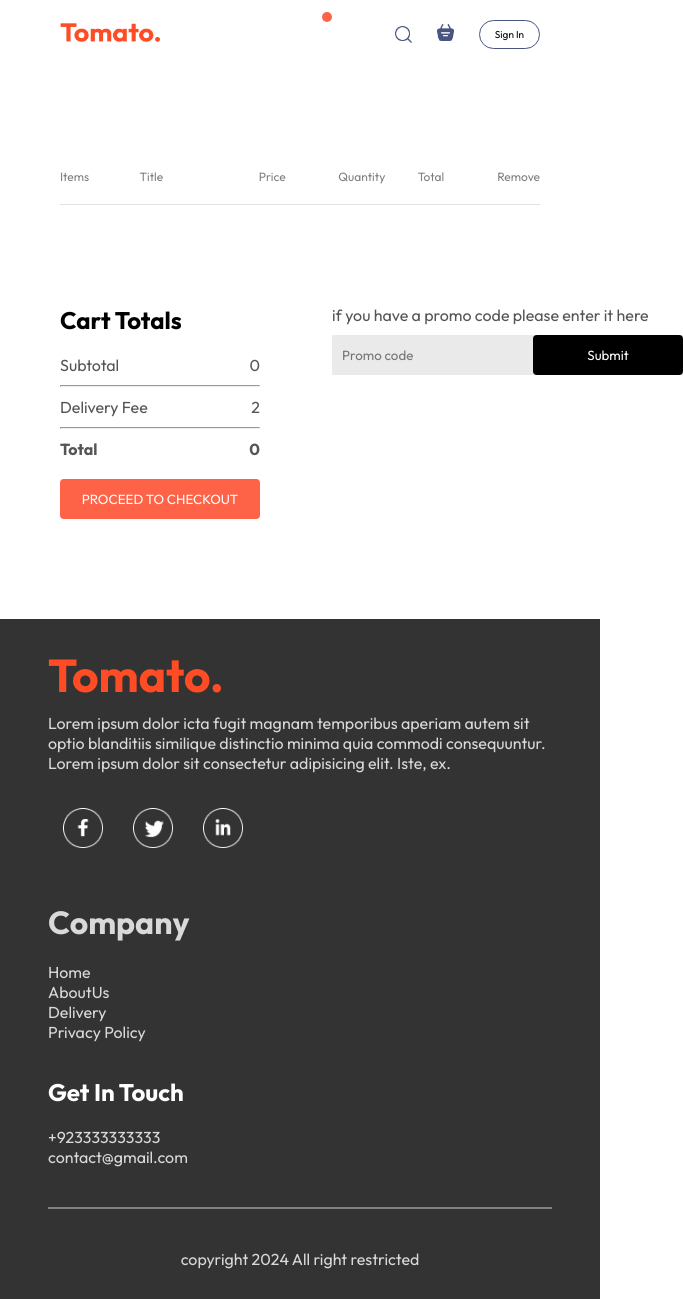
Repository: Attar786/Food-ordering-app
Page: /cart (app in frontend/)
An editor plug-in stored every save of this project. The page is shown before and after the next save, followed by the edit.
The browser window is 600 px wide. The page is 683 px wide, then 600 px, so the pictures cover 683 px, including what lies to the right of the window. The pictures show the whole page.
The project was rebuilt for these pictures with package versions that can differ from the ones it lists, and the page was loaded fresh each time. Also part of the build but not shown: frontend/vite.config.js, frontend/src/components/Header/Header.css, frontend/src/components/Header/Header.jsx, frontend/src/components/ExploreMenu/ExploreMenu.css, frontend/src/components/ExploreMenu/ExploreMenu.jsx, frontend/src/components/FoodDisplay/FoodDisplay.css, frontend/src/components/FoodItem/FoodItem.css, frontend/src/components/FoodItem/FoodItem.jsx and 8 more.

Above is the page before, as saved 2024-07-30 16:56:11.

### frontend/src/main.jsx
import ReactDOM from 'react-dom/client'
import App from './App.jsx'
import './index.css'
import {BrowserRouter} from 'react-router-dom'
import StoreContextProvider from './context/StoreContext.jsx'
ReactDOM.createRoot(document.getElementById('root')).render(
<BrowserRouter>

<StoreContextProvider>
<App />
</StoreContextProvider>

    </BrowserRouter>
)

### frontend/src/App.jsx
import './index.css'
import Navbar from "./components/Navbar/Navbar"
import Home from './pages/Home/Home'
import Cart from './pages/Cart/Cart'
import PlaceOrder from './pages/PlaceOrder/PlaceOrder'
import { Route, Routes } from 'react-router-dom'
import Footer from './components/Footer/Footer'

import LoginPopup from './components/LoginPopup/LoginPopup'
import { useState } from 'react'
function App() {
  const [showLogin, setShowLogin] = useState(false);

  return (
    <>
  {showLogin?<LoginPopup setShowLogin={setShowLogin}/>:<></>}
  <div className='app'>
  <Navbar setShowLogin = {setShowLogin} />
<Routes>
<Route path='/' element={<Home/>}/>
<Route path='/cart' element={<Cart/>}/>
<Route path='/order' element={<PlaceOrder/>}/>
</Routes>
  </div>
  <Footer/>
    </>
  )
}

export default App

### frontend/src/index.css
@import url('https://fonts.googleapis.com/css2?family=Outfit:wght@100..900&display=swap');


*{
margin: 0;
padding: 0;
 box-sizing: border-box;
 font-family: outfit;
 scroll-behavior: smooth;
}
body{
height: 100vh;
}
a{
text-decoration: none;
color : inherit;
}
.app{
    width: 80%;
    margin: auto;
}
@keyframes fadeIn{
    0%{
        opacity: 0;
    }
    100%{
        opacity: 1;
    }
}

### frontend/src/context/StoreContext.jsx
import './StoreContext.css';
import { createContext, useEffect, useState } from 'react';
import { food_list } from '../assets/assets'; // Ensure this path is correct and food_list is correctly exported

export const StoreContext = createContext(null);

const StoreContextProvider = (props) => {
  const [cartItems, setCartItems] = useState({});

  const addToCart = (itemId) => {
    if (!cartItems[itemId]) {
      setCartItems((prev) => ({ ...prev, [itemId]: 1 }));
    } else {
      setCartItems((prev) => ({ ...prev, [itemId]: prev[itemId] + 1 }));
    }
  };

  const removeFromCart = (itemId) => {
    setCartItems((prev) => {
      const newCount = prev[itemId] - 1;
      if (newCount <= 0) {
        const { [itemId]: _, ...rest } = prev;
        return rest;
      } else {
        return { ...prev, [itemId]: newCount };
      }
    });
  };

  useEffect(() => {
    console.log(cartItems);
  }, [cartItems]);

  const contextValue = {
    food_list,
    cartItems,
    setCartItems,
    addToCart,
    removeFromCart,
  };

  return (
    <StoreContext.Provider value={contextValue}>
      {props.children}
    </StoreContext.Provider>
  );
};

export default StoreContextProvider;

### frontend/src/components/Navbar/Navbar.jsx
import { useState } from 'react';
import './Navbar.css';
import { assets } from '../../assets/assets';
import { Link } from 'react-router-dom'
const Navbar = ({setShowLogin}) => {
  const [menu, setMenu] = useState("home");

  const handleMenuClick = (menuItem) => {
    setMenu(menuItem);
  };

  return (
<>
<div className="navbar">
    <Link to='/'> <img src={assets.logo} alt="Logo" className="logo" /></Link>
      <ul className="navbar-menu">
        <Link to='/' onClick={() => handleMenuClick("home")} className={menu === "home" ? "active" : ""}>Home</Link>
        <a href='#explore-menu' onClick={() => handleMenuClick("menu")} className={menu === "menu" ? "active" : ""}>Menu</a>
        <a href='#app-download' onClick={() => handleMenuClick("mobile-app")} className={menu === "mobile-app" ? "active" : ""}>Mobile App</a>
        <a href='#footer' onClick={() => handleMenuClick("contact-us")} className={menu === "contact-us" ? "active" : ""}>Contact Us</a>
      </ul>
      <div className="navbar-right">
        <img src={assets.search_icon} alt="search-icon" />
        <div>
         <Link to='/cart'> <img src={assets.basket_icon} alt="icons" /></Link>
          <div className="dot"></div>
        </div>
        <button onClick={()=>setShowLogin(true)} >Sign In</button>

      </div>

    </div>

</>
  );
}


export default Navbar;

### frontend/src/pages/Cart/Cart.jsx
import { useContext } from "react";
import "./Cart.css";
import { StoreContext } from "../../context/StoreContext";
const Cart = () => {
  const { cartItems, food_list, removeFromCart } = useContext(StoreContext);
  return (
    <>
      <div className="Cart">
        <div className="cart-items">
          <div className=" cart-items-title">
            <p>Items</p>
            <p>Title</p>
            <p>Price</p>
            <p>Quantity</p>
            <p>Total</p>
            <p>Remove</p>
          </div>
          <br />
          <hr />
          {food_list.map((item, index) => {
            if (cartItems[item._id]) {
              return (
                <>
                  <div key={index} className="cart-items-title cart-item-item">
                    <img src={item.image} alt="" />
                    <p>{item.name}</p>
                    <p>Pkr={item.price}</p>
                    <p>{cartItems[item._id]}</p>
                    <p>{item.price * cartItems[item._id]}</p>
                    <p
                      onClick={() => removeFromCart(item._id)}
                      className="cross"
                    >
                      X
                    </p>
                  </div>
                  <hr />
                </>
              );
            }
          })}
        </div>
      </div>
      <div className="cart-bottom">
          <div className="cart-total">
            <h2>Cart Totals</h2>

          <div>
            <div className="cart-total-details">
              <p>Subtotal</p>
              <p>{0}</p>
            </div>
            <hr />
            <div className="cart-total-details">
              <p>Delivery Fee</p>
              <p>{2}</p>
            </div>
            <hr />
            <div className="cart-total-details">
              <b>Total</b>
              <b>{0}</b>
            </div>
          </div>
          <button>PROCEED TO CHECKOUT</button>
          </div>

          <div className="cart-promocode">
            <div>
              <p>if you have a promo code please enter it here</p>
              <div className="cart-promocode-input">
                <input type="text" placeholder="Promo code" />
                <button>Submit</button>
              </div>
            </div>
          </div>
        </div>
    </>
  );
};

export default Cart;

### frontend/src/components/Footer/Footer.jsx
import "./Footer.css"
import { assets } from "../../assets/assets"
const Footer = () => {
  return (
    <div className="footer" id="footer">
<div className="footer-content">
    <div className="footer-content-left">
        <img src={assets.logo} alt="fsf" />
    <p>  Lorem ipsum dolor icta fugit magnam temporibus aperiam autem sit optio blanditiis similique distinctio minima quia commodi consequuntur. Lorem ipsum dolor sit consectetur adipisicing elit. Iste, ex.</p>
    <div className="footer-social-icons">
        <img src={assets.facebook_icon} alt="" />
        <img src={assets.twitter_icon} alt="" />
        <img src={assets.linkedin_icon} alt="" />
    </div>

    </div>
    <div className="footer-content-center">
    <h1>Company</h1>
        <ul>
        <li>Home</li>
        <li>AboutUs</li>
        <li>Delivery</li>
        <li>Privacy Policy</li>
        </ul>
    </div>
    <div className="footer-content-right">
        <h2>Get In Touch</h2>
        <ul>
            <li>
                +923333333333
            </li>
            <li>
                contact@gmail.com
            </li>
        </ul>
    </div>
</div>
<hr/>
<p className="footer-copyright">
copyright 2024 All right restricted
</p>

    </div>
  )
}

export default Footer

### frontend/src/assets/assets.js
import basket_icon from './basket_icon.png'
import logo from './logo.png'
import header_img from './header_img.png'
import search_icon from './search_icon.png'
import menu_1 from './menu_1.png'
import menu_2 from './menu_2.png'
import menu_3 from './menu_3.png'
import menu_4 from './menu_4.png'
import menu_5 from './menu_5.png'
import menu_6 from './menu_6.png'
import menu_7 from './menu_7.png'
import menu_8 from './menu_8.png'

import food_1 from './food_1.png'
import food_2 from './food_2.png'
import food_3 from './food_3.png'
import food_4 from './food_4.png'
import food_5 from './food_5.png'
import food_6 from './food_6.png'
import food_7 from './food_7.png'
import food_8 from './food_8.png'
import food_9 from './food_9.png'
import food_10 from './food_10.png'
import food_11 from './food_11.png'
import food_12 from './food_12.png'
import food_13 from './food_13.png'
import food_14 from './food_14.png'
import food_15 from './food_15.png'
import food_16 from './food_16.png'
import food_17 from './food_17.png'
import food_18 from './food_18.png'
import food_19 from './food_19.png'
import food_20 from './food_20.png'
import food_21 from './food_21.png'
import food_22 from './food_22.png'
import food_23 from './food_23.png'
import food_24 from './food_24.png'
import food_25 from './food_25.png'
import food_26 from './food_26.png'
import food_27 from './food_27.png'
import food_28 from './food_28.png'
import food_29 from './food_29.png'
import food_30 from './food_30.png'
import food_31 from './food_31.png'
import food_32 from './food_32.png'

import add_icon_white from './add_icon_white.png'
import add_icon_green from './add_icon_green.png'
import remove_icon_red from './remove_icon_red.png'
import app_store from './app_store.png'
import play_store from './play_store.png'
import linkedin_icon from './linkedin_icon.png'
import facebook_icon from './facebook_icon.png'
import twitter_icon from './twitter_icon.png'
import cross_icon from './cross_icon.png'
import selector_icon from './selector_icon.png'
import rating_starts from './rating_starts.png'
import profile_icon from './profile_icon.png'
import bag_icon from './bag_icon.png'
import logout_icon from './logout_icon.png'
import parcel_icon from './parcel_icon.png'

export const assets = {
    logo,
    basket_icon,
    header_img,
    search_icon,
    rating_starts,
    add_icon_green,
    add_icon_white,
    remove_icon_red,
    app_store,
    play_store,
    linkedin_icon,
    facebook_icon,
    twitter_icon,
    cross_icon,
    selector_icon,
    profile_icon,
    logout_icon,
    bag_icon,
    parcel_icon
}

export const menu_list = [
    {
        menu_name: "Salad",
        menu_image: menu_1
    },
    {
        menu_name: "Rolls",
        menu_image: menu_2
    },
    {
        menu_name: "Deserts",
        menu_image: menu_3
    },
    {
        menu_name: "Sandwich",
        menu_image: menu_4
    },
    {
        menu_name: "Cake",
        menu_image: menu_5
    },
    {
        menu_name: "Pure Veg",
        menu_image: menu_6
    },
    {
        menu_name: "Pasta",
        menu_image: menu_7
    },
    {
        menu_name: "Noodles",
        menu_image: menu_8
    }]

export const food_list = [
    {
        _id: "1",
        name: "Greek salad",
        image: food_1,
        price: 12,
        description: "Food provides essential nutrients for overall health and well-being",
        category: "Salad"
    },
    {
        _id: "2",
        name: "Veg salad",
        image: food_2,
        price: 18,
        description: "Food provides essential nutrients for overall health and well-being",
        category: "Salad"
    }, {
        _id: "3",
        name: "Clover Salad",
        image: food_3,
        price: 16,
        description: "Food provides essential nutrients for overall health and well-being",
        category: "Salad"
    }, {
        _id: "4",
        name: "Chicken Salad",
        image: food_4,
        price: 24,
        description: "Food provides essential nutrients for overall health and well-being",
        category: "Salad"
    }, {
        _id: "5",
        name: "Lasagna Rolls",
        image: food_5,
        price: 14,
        description: "Food provides essential nutrients for overall health and well-being",
        category: "Rolls"
    }, {
        _id: "6",
        name: "Peri Peri Rolls",
        image: food_6,
        price: 12,
        description: "Food provides essential nutrients for overall health and well-being",
        category: "Rolls"
    }, {
        _id: "7",
        name: "Chicken Rolls",
        image: food_7,
        price: 20,
        description: "Food provides essential nutrients for overall health and well-being",
        category: "Rolls"
    }, {
        _id: "8",
        name: "Veg Rolls",
        image: food_8,
        price: 15,
        description: "Food provides essential nutrients for overall health and well-being",
        category: "Rolls"
    }, {
        _id: "9",
        name: "Ripple Ice Cream",
        image: food_9,
        price: 14,
        description: "Food provides essential nutrients for overall health and well-being",
        category: "Deserts"
    }, {
        _id: "10",
        name: "Fruit Ice Cream",
        image: food_10,
        price: 22,
        description: "Food provides essential nutrients for overall health and well-being",
        category: "Deserts"
    }, {
        _id: "11",
        name: "Jar Ice Cream",
        image: food_11,
        price: 10,
        description: "Food provides essential nutrients for overall health and well-being",
        category: "Deserts"
    }, {
        _id: "12",
        name: "Vanilla Ice Cream",
        image: food_12,
        price: 12,
        description: "Food provides essential nutrients for overall health and well-being",
        category: "Deserts"
    },
    {
        _id: "13",
        name: "Chicken Sandwich",
        image: food_13,
        price: 12,
        description: "Food provides essential nutrients for overall health and well-being",
        category: "Sandwich"
    },
    {
        _id: "14",
        name: "Vegan Sandwich",
        image: food_14,
        price: 18,
        description: "Food provides essential nutrients for overall health and well-being",
        category: "Sandwich"
    }, {
        _id: "15",
        name: "Grilled Sandwich",
        image: food_15,
        price: 16,
        description: "Food provides essential nutrients for overall health and well-being",
        category: "Sandwich"
    }, {
        _id: "16",
        name: "Bread Sandwich",
        image: food_16,
        price: 24,
        description: "Food provides essential nutrients for overall health and well-being",
        category: "Sandwich"
    }, {
        _id: "17",
        name: "Cup Cake",
        image: food_17,
        price: 14,
        description: "Food provides essential nutrients for overall health and well-being",
        category: "Cake"
    }, {
        _id: "18",
        name: "Vegan Cake",
        image: food_18,
        price: 12,
        description: "Food provides essential nutrients for overall health and well-being",
        category: "Cake"
    }, {
        _id: "19",
        name: "Butterscotch Cake",
        image: food_19,
        price: 20,
        description: "Food provides essential nutrients for overall health and well-being",
        category: "Cake"
    }, {
        _id: "20",
        name: "Sliced Cake",
        image: food_20,
        price: 15,
        description: "Food provides essential nutrients for overall health and well-being",
        category: "Cake"
    }, {
        _id: "21",
        name: "Garlic Mushroom ",
        image: food_21,
        price: 14,
        description: "Food provides essential nutrients for overall health and well-being",
        category: "Pure Veg"
    }, {
        _id: "22",
        name: "Fried Cauliflower",
        image: food_22,
        price: 22,
        description: "Food provides essential nutrients for overall health and well-being",
        category: "Pure Veg"
    }, {
        _id: "23",
        name: "Mix Veg Pulao",
        image: food_23,
        price: 10,
        description: "Food provides essential nutrients for overall health and well-being",
        category: "Pure Veg"
    }, {
        _id: "24",
        name: "Rice Zucchini",
        image: food_24,
        price: 12,
        description: "Food provides essential nutrients for overall health and well-being",
        category: "Pure Veg"
    },
    {
        _id: "25",
        name: "Cheese Pasta",
        image: food_25,
        price: 12,
        description: "Food provides essential nutrients for overall health and well-being",
        category: "Pasta"
    },
    {
        _id: "26",
        name: "Tomato Pasta",
        image: food_26,
        price: 18,
        description: "Food provides essential nutrients for overall health and well-being",
        category: "Pasta"
    }, {
        _id: "27",
        name: "Creamy Pasta",
        image: food_27,
        price: 16,
        description: "Food provides essential nutrients for overall health and well-being",
        category: "Pasta"
    }, {
        _id: "28",
        name: "Chicken Pasta",
        image: food_28,
        price: 24,
        description: "Food provides essential nutrients for overall health and well-being",
        category: "Pasta"
    }, {
        _id: "29",
        name: "Buttter Noodles",
        image: food_29,
        price: 14,
        description: "Food provides essential nutrients for overall health and well-being",
        category: "Noodles"
    }, {
        _id: "30",
        name: "Veg Noodles",
        image: food_30,
        price: 12,
        description: "Food provides essential nutrients for overall health and well-being",
        category: "Noodles"
    }, {
        _id: "31",
        name: "Somen Noodles",
        image: food_31,
        price: 20,
        description: "Food provides essential nutrients for overall health and well-being",
        category: "Noodles"
    }, {
        _id: "32",
        name: "Cooked Noodles",
        image: food_32,
        price: 15,
        description: "Food provides essential nutrients for overall health and well-being",
        category: "Noodles"
    }
]

### frontend/src/components/Navbar/Navbar.css
.navbar{
    padding: 20px 0;
    display: flex;
    justify-content: space-between;
    align-items: center;
}
.navbar .logo{
    width: 150px;
}
.navbar-menu{
    display: flex;
    list-style: none;
    gap: 20px;
    font: 18px;
    color: #49557e;
    cursor: pointer;
}
.navbar-right{
    display: flex;
    align-items: center;
    gap: 25px;

}
.navbar button{
    font-size: 15px;
    border: 1px solid #49557e;
    background: transparent;
    padding: 10px 25px;
    cursor: pointer;
    border-radius: 40px;
    transition: 0.3s;
}
.navbar button:hover{
    background-color: #fff4f2;
}
.navbar .navbar-menu .active{
    padding-bottom: 2px;
    border-bottom: 2px solid #49557e;

}
.search-icon{
    position: relative;
}
/* .search-icon .dot{ */
    /* position: absolute;
    top: -5px;
    right: -5px;
    width: 10px;
    height: 10px;
    background-color: blue;
    border-radius: 50%;
} */
.dot {
    position: absolute;
    top: 12px; /* Adjust as needed */
    right: 268px; /* Adjust as needed */
    width: 10px;
    height: 10px;
    background-color: tomato;
    border-radius: 50%;}
    @media (max-width: 1050px)
    {
        .navbar .logo{
            width: 140px;
        }
        .navbar-menu{
            gap: 20px;
            font-size: 17px;
        }
        .nav-right {
            gap: 30px;
        };
        .navbar-right img{
            width: 22px;
        }
        .navbar-right button{
            padding: 8px 25px;
        };

    }

    @media (max-width: 900px)
    {
        .navbar .logo{
            width: 100px;
        }
        .navbar-menu{
            gap: 10px;
            font-size: 16px;
        }
        .Nav-right {
            gap: 20px;
        }
        .navbar-right img{
            width: 17px;

        }
        .navbar-right button{
            padding: 7px 15px;
            font-size: 10px;
        }
    }

    @media (max-width: 750px)
    {

        .navbar-menu{
            display: none;;
        }
    }

### frontend/src/pages/Cart/Cart.css
.Cart{
    margin-top: 100px;;
}
.cart-items-title{
    display: grid;
    grid-template-columns:  1fr 1.5fr 1fr 1fr 1fr 0.5fr;
    align-items: center;
    color: gray;
    font-size: max(1vw, 12px);
}
.cart-item-item{
    margin: 10px;
    color:black;
}
.cart-item-item img{
    width: 50px;
    /* border-radius: px; */
    border: 1px solid black;
}
.Cart hr{
    height: 1px;
    background-color: #e2e2e2;
    border: none;
}
.cross{
    cursor: pointer;;
}
.cart-bottom{
    margin-top: 100px;
    display: flex;
justify-content: space-between;
gap: max(12vw,20px);
}

.cart-total{
    flex: 1;
    display: flex;
    flex-direction: column;
    gap: 20px;
}
.cart-total-details{
    display: flex;
    justify-content: space-between;
    color:#555;

}
.cart-total hr{
    margin: 10px 0px;
}
.cart-total button{
    color: white;
    background-color: tomato;
    border: none;
    width: max(15vw, 200px);
    border-radius: 4px;
    padding: 12px 0px;
    cursor: pointer;
}
.cart-promocode{
    flex: 1;
}
.cart-promocode p{
    color: #555;
}
.cart-promocode-input{
    margin-top: 10px;
    display: flex;
    justify-content: space-between;
    align-items: center;
    background-color: #eaeaea;

}
.cart-promocode-input input{
    border: none;
    background: transparent;
    outline: none;
    padding-left: 10px;
}
.cart-promocode-input button{
    width: max(12px, 150px);
    padding: 12px 5px;
    background-color: black;
    color: white;
    border: none;
    border-radius: 4px
}

@media (max-width:750px)
{
    .cart-bottom{
        flex-direction: reverse
    }
}

### frontend/src/components/Footer/Footer.css
.footer {
    color: #d9d9d9;
    background-color: hsl(0, 0%, 20%);
    display: flex;
    flex-direction: column;
    align-items: center;
    gap: 20px;
    padding: 30px 8vw; /* Fixed padding syntax */
    padding-top: 40px;
    margin-top: 100px;
}

.footer-content {
    width: 100%;
    display: grid;
    grid-template-columns: 2fr 1fr 1fr;
    gap: 80px;
}

.footer-content-left, .footer-content-center, .footer-content-right {
    display: flex;
    flex-direction: column;
    align-items: start;
    gap: 20px;
}

.footer-content-left li, .footer-content-center li, .footer-content-right li {
    list-style: none;
    cursor: pointer;
}
.footer-content-center h2, .footer-content-right h2 {
    color: white;
}
.footer-social-icons img {
width: 40px;
margin: 15px;
}
.footer-social-icons img:hover {
    width: 40px;
    margin: 15px;
    }
.footer hr{
    width: 100%;
    height: 2px;
    margin: 20px 0;
    background-color : gray;
    border: none;
}
@media (max-width: 1050px) {
    .footer-content{
        display: flex;
        flex-direction:column;
        gap: 35px;
    }
    .footer-copyright{
        text-align: center;
}
}

Loaded but not shown: frontend/index.html (common file); frontend/src/context/StoreContext.css (no stored copy; drawn as an empty file); frontend/src/pages/Home/Home.css (no stored copy; drawn as an empty file)

After the next save:
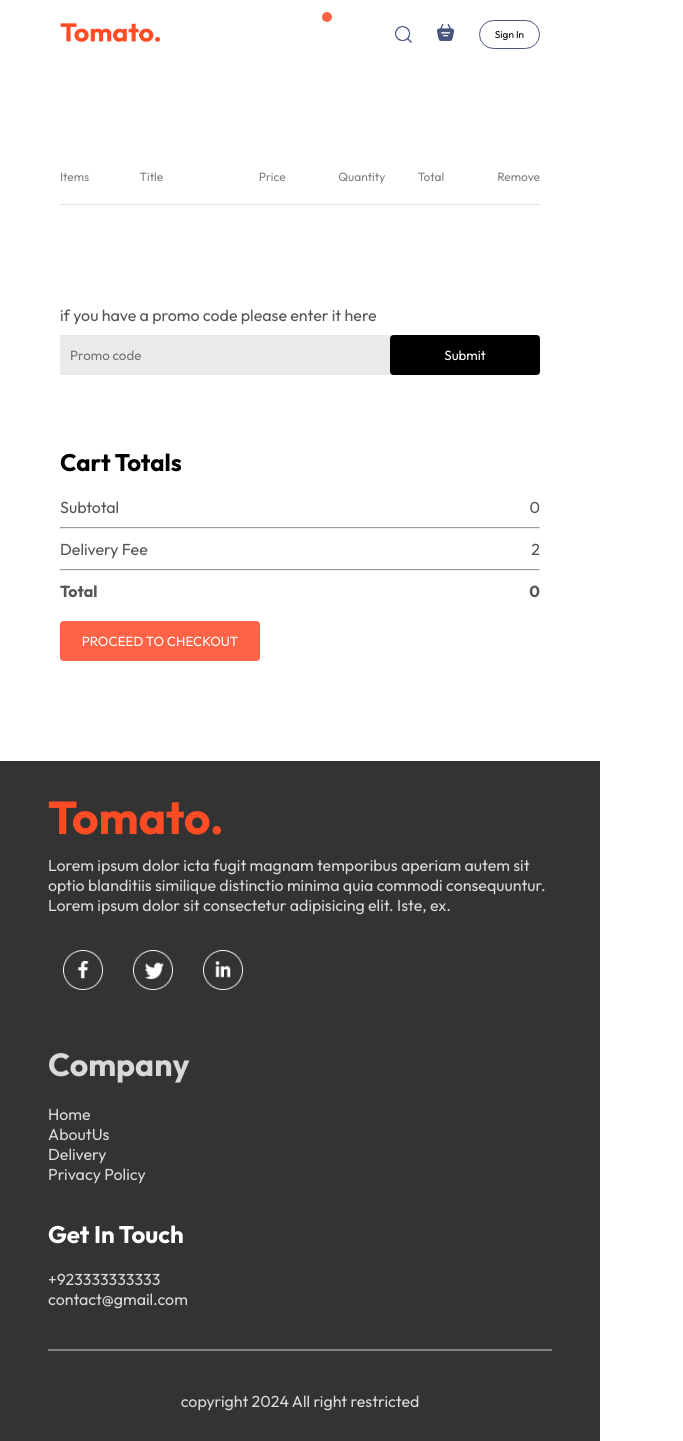
Saved 11 s later.
--- a/frontend/src/pages/Cart/Cart.css
+++ b/frontend/src/pages/Cart/Cart.css
@@ -88,6 +88,6 @@ gap: max(12vw,20px);
 @media (max-width:750px)
 {
     .cart-bottom{
-        flex-direction: reverse
+        flex-direction: column-reverse;
     }
 }
